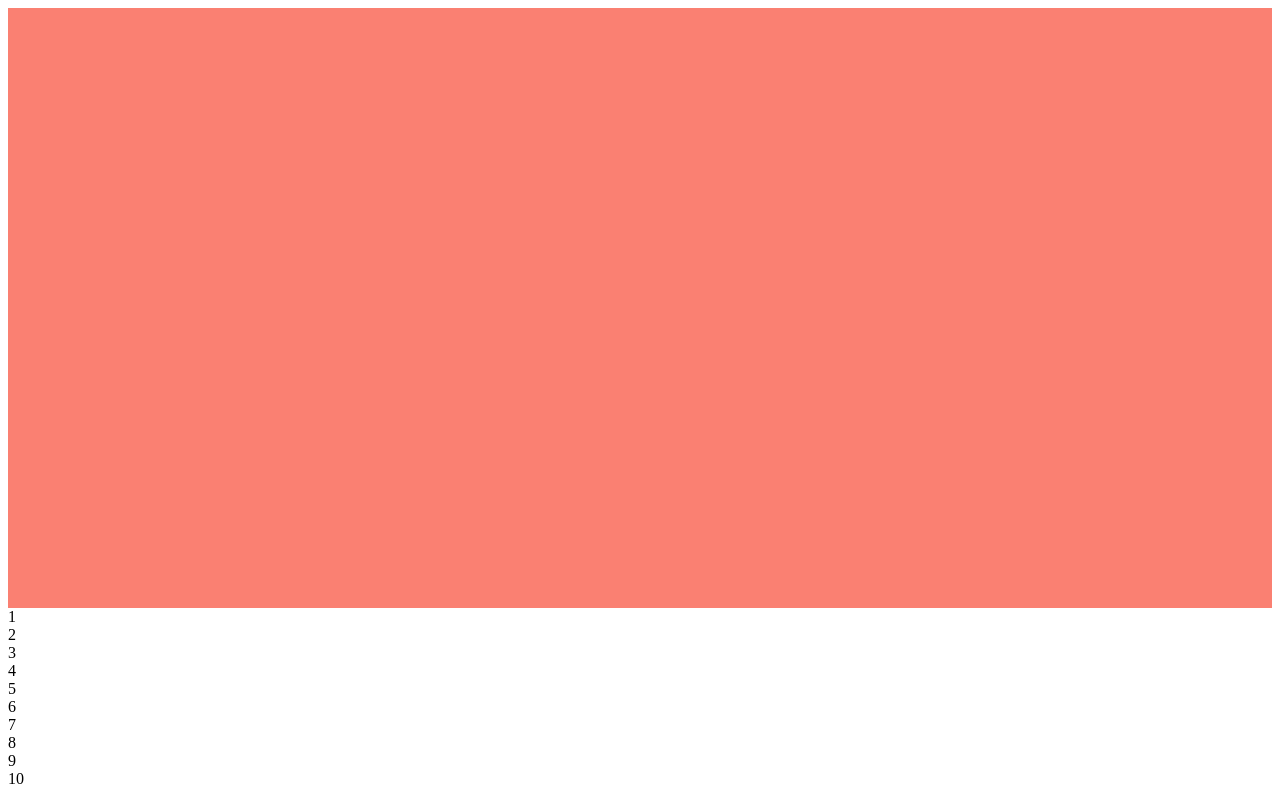
Repository: DinkarRavi/Dinkar_Coding
Page: 22aug24/grid.html
An editor plug-in stored every save of this project. The page is shown before and after the next save, followed by the edit.
The browser window is 1280 px wide. The pictures show the whole page.

Above is the page before, as saved 2024-08-22 14:56:37.

### 22aug24/grid.html
<!DOCTYPE html>
<html lang="en">
<head>
    <meta charset="UTF-8">
    <meta name="viewport" content="width=device-width, initial-scale=1.0">
    <title>Document</title>
    <link rel="stylesheet" href="grid.css">
</head>
<body>
    <div>
        <div id="parent"></div>
        <div>1</div>
        <div>2</div>
        <div>3</div>
        <div>4</div>
        <div>5</div>
        <div>6</div>
        <div>7</div>
        <div>8</div>
        <div>9</div>
        <div>10</div>

    </div>
</body>
</html>

### 22aug24/grid.css

div{
#parent{
border: 2px;
background-color: salmon;
height: 600px;
}

div:nth-child(1) {
  background: red;
}
iv:nth-child(2) {
    background: blue;
  }
  iv:nth-child(3) {
    background: green;
  }
  iv:nth-child(4) {
    background: magenta;
  }
}

After the next save:
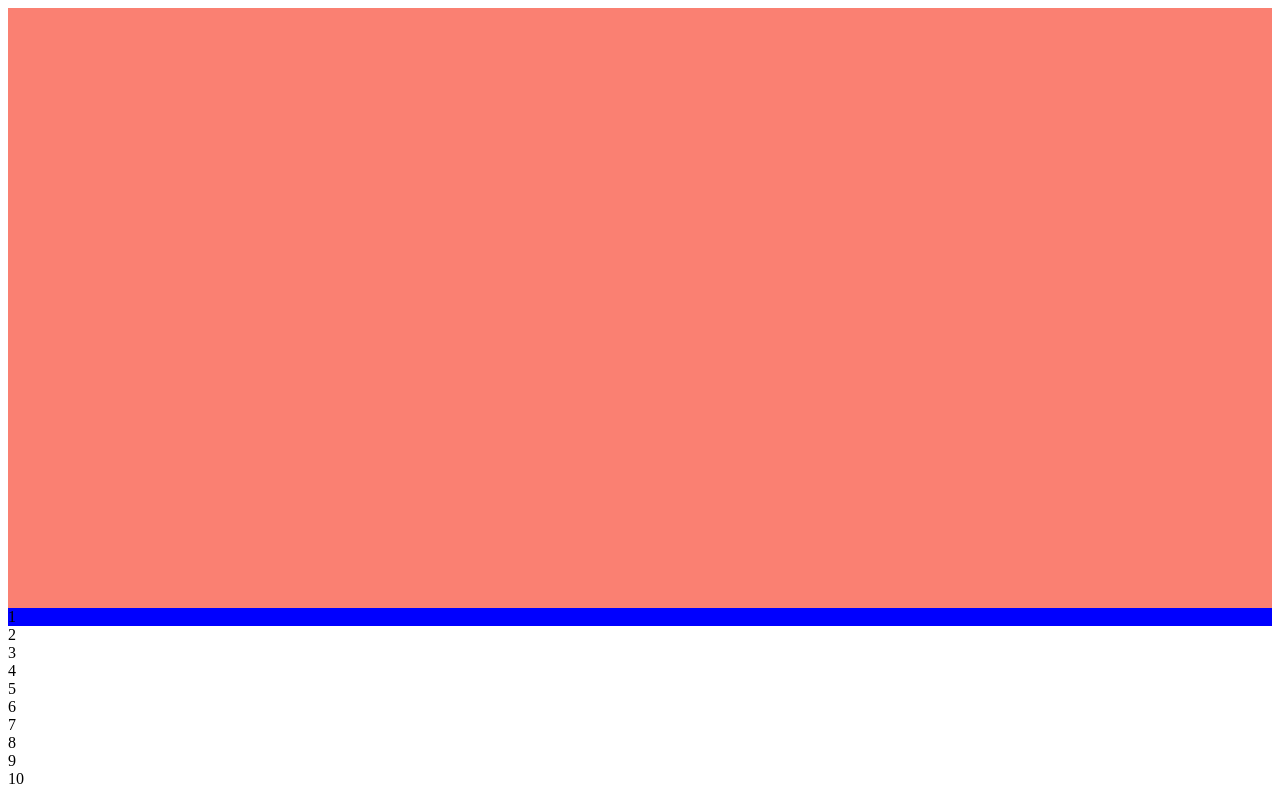
Saved 15 s later.
--- a/22aug24/grid.css
+++ b/22aug24/grid.css
@@ -9,7 +9,7 @@ height: 600px;
 div:nth-child(1) {
   background: red;
 }
-iv:nth-child(2) {
+div:nth-child(2) {
     background: blue;
   }
   iv:nth-child(3) {
